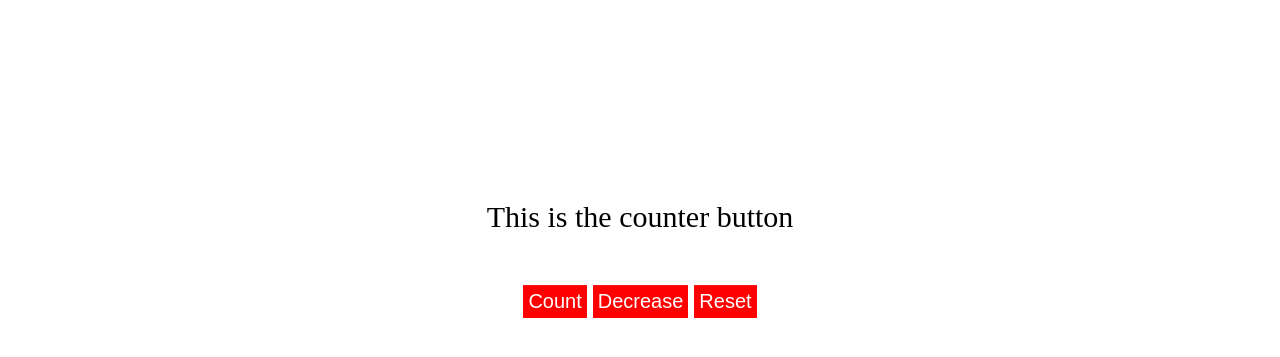
Repository: Aditya0377/Assignments
Page: Assignment/javascript practise/Counter.html
These files come from the project's save history. The page is drawn as it stood at one moment and after the next save; the edit follows.
The browser window is 1280 px wide. The pictures show the whole page.

Above is the page before, as saved 2024-02-23 21:04:01.

After the next save:
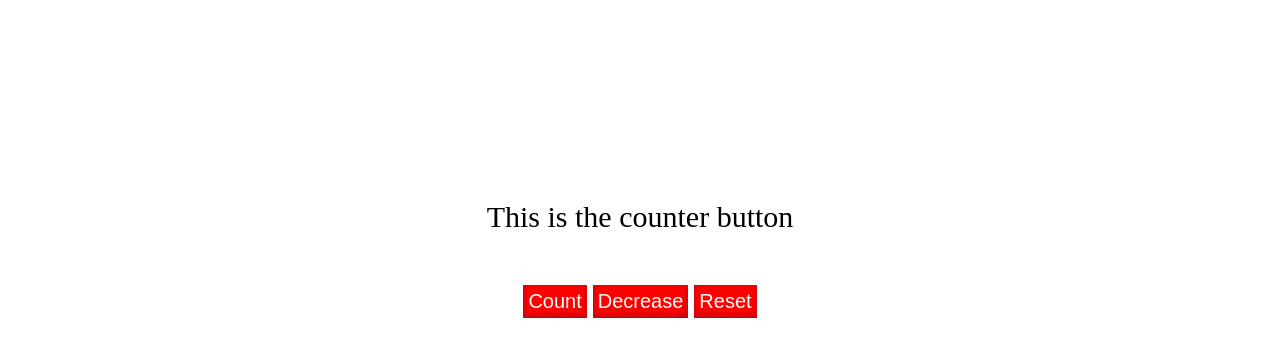
Saved 28 s later.
--- a/Assignment/javascript practise/Counter.html
+++ b/Assignment/javascript practise/Counter.html
@@ -36,8 +36,7 @@
         border: 1px solid;
         font-size: 20px;
         padding: 5px;
-        box-shadow: rgba(255, 255, 255, 0.1) 0px 1px 1px 0px inset, rgba(50, 50, 93, 0.25) 0px 50px 100px -20px, rgba(0, 0, 0, 0.3) 0px 30px 60px -30px;
-
+        box-shadow: rgba(50, 50, 93, 0.25) 0px 50px 100px -20px, rgba(0, 0, 0, 0.3) 0px 30px 60px -30px, rgba(10, 37, 64, 0.35) 0px -2px 6px 0px inset;
 
     }
 </style>
